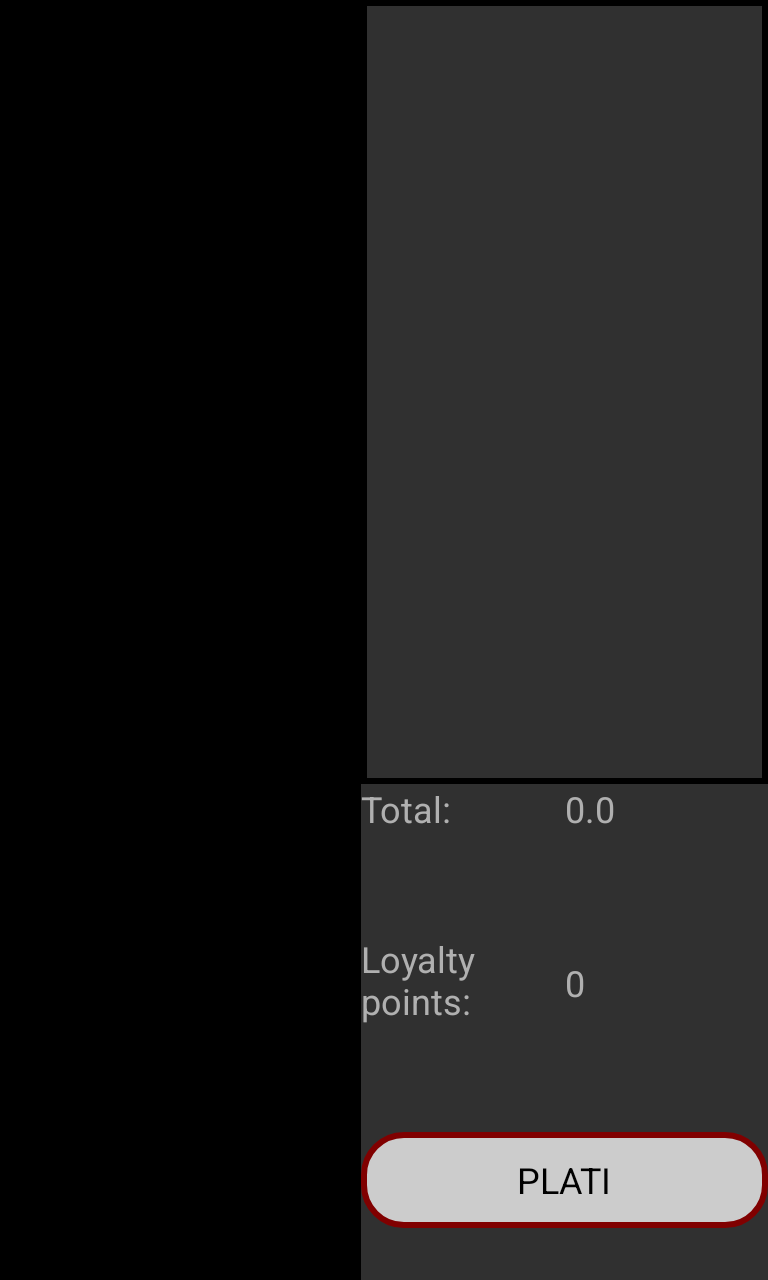
Repository: dzenisahusic/AndroidApp
Layout: Edit2014Sales/res/layout/fragment_kasa.xml
The author's editor kept a copy of each file at every save. The layout is drawn from the files as they stood at one save, then again after the next save.
It is drawn on a 768 x 1280 px phone screen (xhdpi) without system bars, with theme AppTheme; the app's code is not run. Lists and similar views that code fills are empty.

Above is the layout before, as saved 2014-07-15 18:44:14.

After the next save:
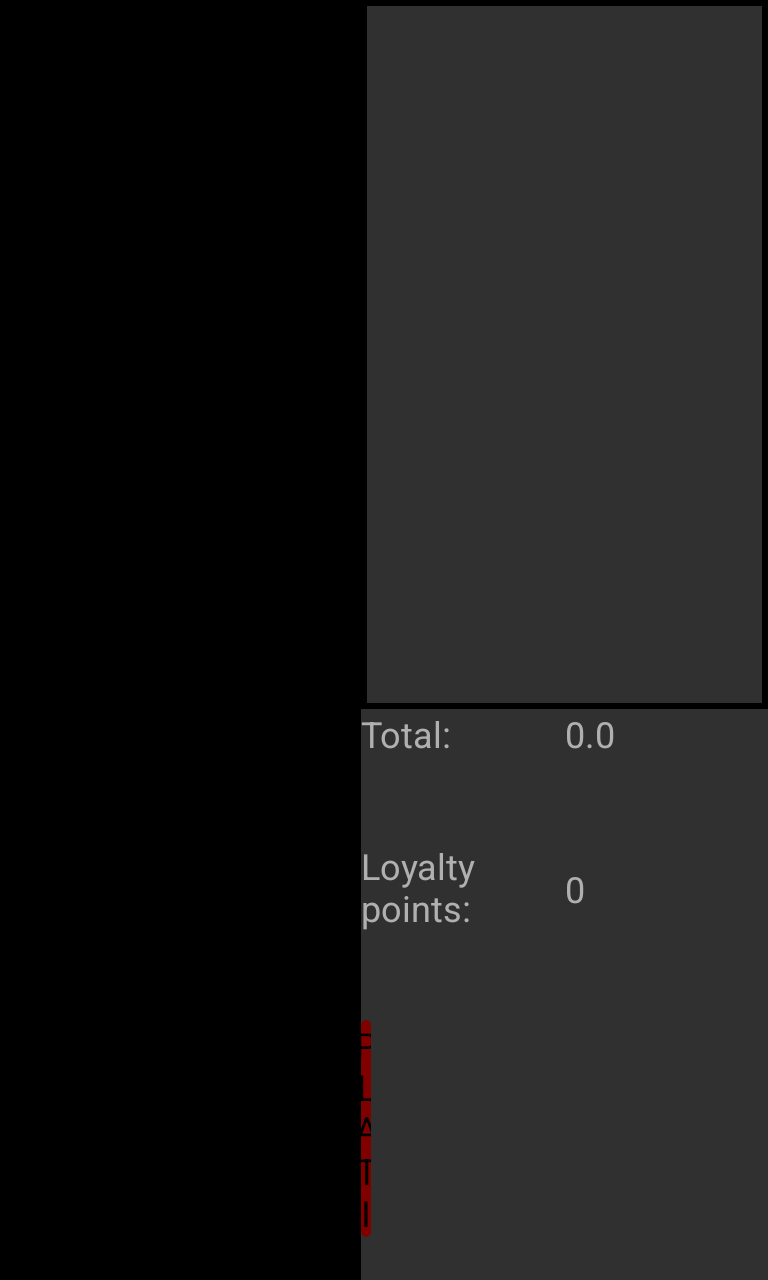
Saved 33 s later.
--- a/Edit2014Sales/res/layout/fragment_kasa.xml
+++ b/Edit2014Sales/res/layout/fragment_kasa.xml
@@ -178,7 +178,7 @@
 
                            <Button
                     android:id="@+id/plati"
-                    android:layout_width="fill_parent"
+                    android:layout_width="5dp"
                     android:layout_height="wrap_content"
                     android:text="PLATI"
                     android:background="@drawable/rounded_corner_top"/>
